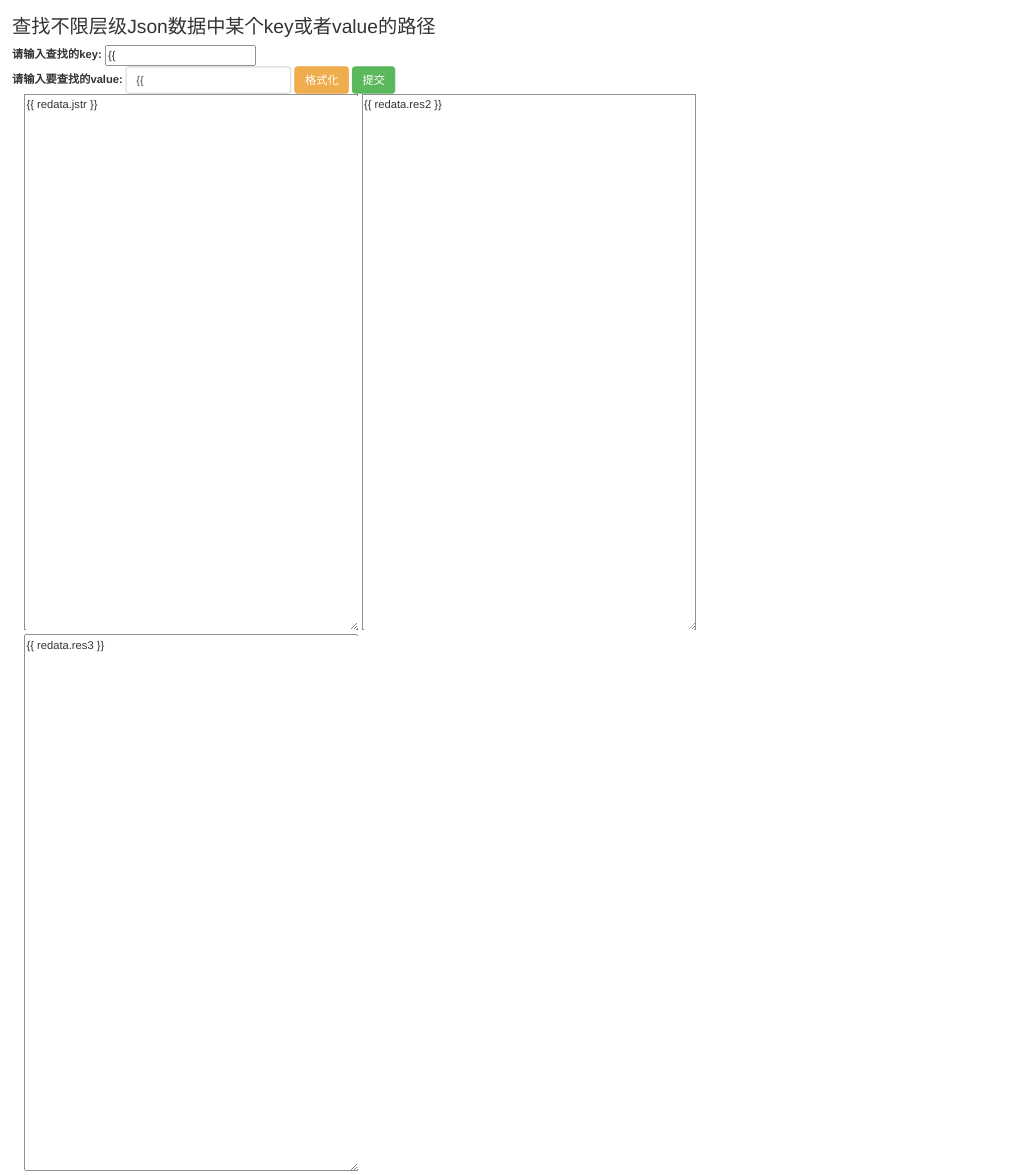
Repository: wangyanqing666/study
Page: other.html
The author's editor kept a copy of each file at every save. The page is drawn from the files as they stood at one save, then again after the next save.
The browser window is 1280 px wide. The pictures show the whole page, at 80% of full size.
Some web libraries are served in a nearby version.

Above is the page before, as saved 2020-12-03 11:07:57.

### other.html
<!DOCTYPE html>
<html lang="en">

<head>

    <head>

        <meta charset="UTF-8">
        <meta name="viewport" content="width=device-width, initial-scale=1,maximum-scale=1, user-scalable=no">
        <title>jean同步配置</title>
        <link rel="stylesheet" href="https://cdn.staticfile.org/twitter-bootstrap/3.3.7/css/bootstrap.min.css">
        <script src="https://cdn.staticfile.org/jquery/2.1.1/jquery.min.js"></script>
        <script src="https://cdn.staticfile.org/twitter-bootstrap/3.3.7/js/bootstrap.min.js"></script>
    </head>

<body>
    <div class="container-fluid">
        <form class="form-inline" action="/formit" method="POST">
            <h3>查找不限层级Json数据中某个key或者value的路径</h3>

            <div class="form-group">
                <label>请输入查找的key: </label>

                <input class="form-group" type="text" id="key" name="key" value={{ redata.key }}>
            </div>

            <div class="form-group">
                <label>请输入要查找的value: </label>

                <input class="form-control" type="text" id="key1" name="key1" value={{ redata.value }}>
                <button type="button" class="btn btn-warning" id="formatting" onclick="beautify();">格式化</button>
                <input type="submit" class="btn btn-success" value="提交">

                <div>
        </form>
    </div>

    <div class="container-fluid">


        <div class="form-group">

            <textarea class="column " style="height: 671px; width: 418px;" id="editor1"
                placeholder="给一个JSON字符串，然后会自动格式化" spellcheck="false" name="jstr">{{ redata.jstr }}</textarea>
            <textarea id="editor2" style="height: 671px; width: 418px;" class="clumn " placeholder="key值"
                name="jstr1">{{ redata.res2 }}</textarea>
            <textarea id="editor3" style="height: 671px; width: 418px;" class="clumn " placeholder="value值"
                name="jstr2">{{ redata.res3 }}</textarea>
        </div>

    </div>








</body>

</html>

After the next save:
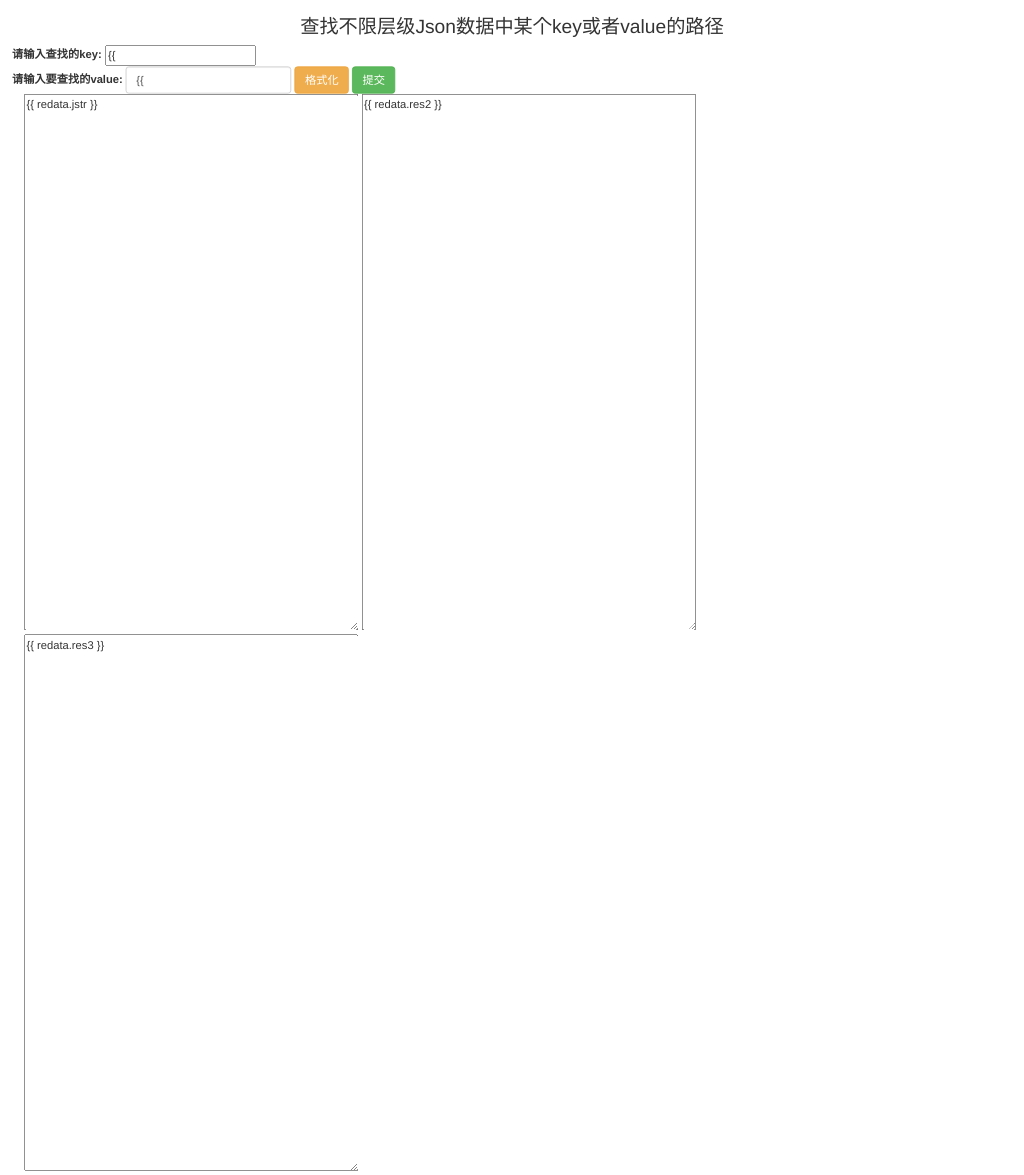
Saved 36 s later.
--- a/other.html
+++ b/other.html
@@ -16,7 +16,7 @@
 <body>
     <div class="container-fluid">
         <form class="form-inline" action="/formit" method="POST">
-            <h3>查找不限层级Json数据中某个key或者value的路径</h3>
+            <h3 class="text-center">查找不限层级Json数据中某个key或者value的路径</h3>
 
             <div class="form-group">
                 <label>请输入查找的key: </label>
